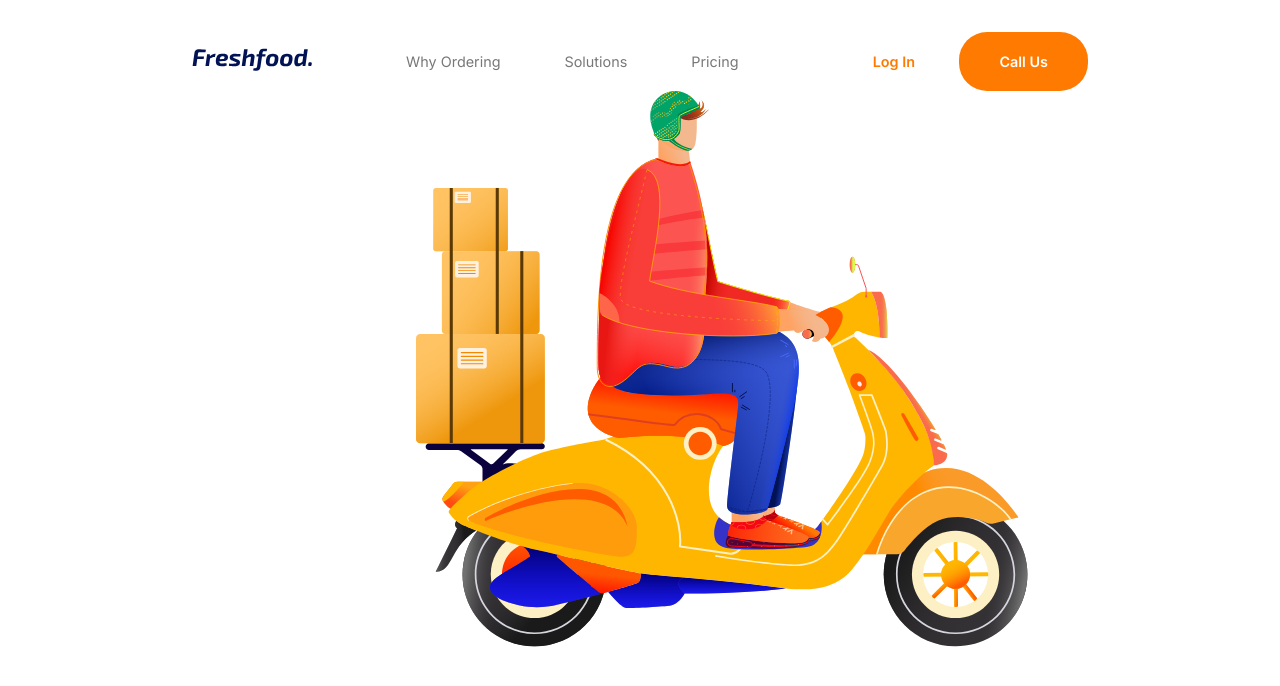
Repository: badhon252/FreshFood
Page: index.html
The author's editor kept a copy of each file at every save. The page is drawn from the files as they stood at one save, then again after the next save.
The browser window is 1280 px wide. The pictures show the whole page.
The style sheet was rebuilt from its Sass, Less or Tailwind sources for each picture, by a compiler version that may differ from the author's.

Above is the page before, as saved 2022-09-06 00:15:12.

After the next save:
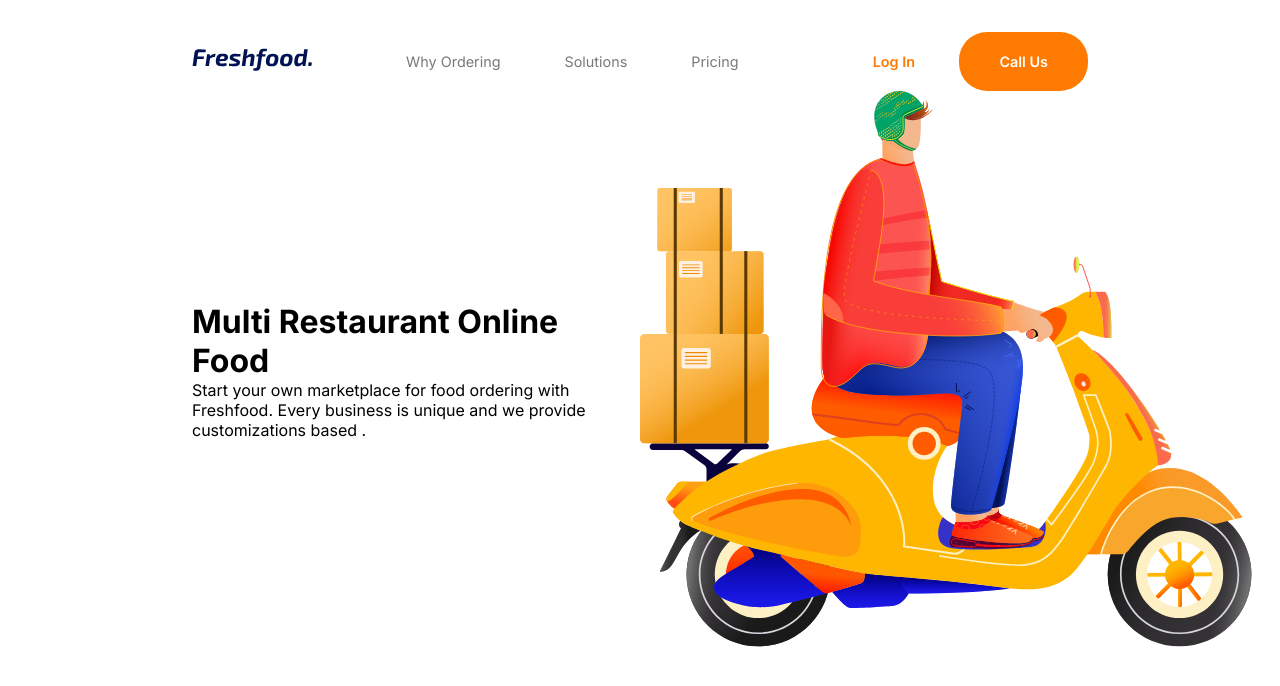
Saved 27 s later.
--- a/index.html
+++ b/index.html
@@ -28,7 +28,12 @@
 
         <div class="header-content">
             <div class="row">
-                <div class="col-md-6"></div>
+                <div class="col-md-6">
+                    <h1>Multi Restaurant Online Food</h1>
+                    <p>Start your own marketplace for food ordering with Freshfood. Every business is unique and we
+                        provide customizations
+                        based .</p>
+                </div>
                 <div class="col-md-6"><img src="./images/Group 5402.svg" alt=""></div>
             </div>
         </div>
